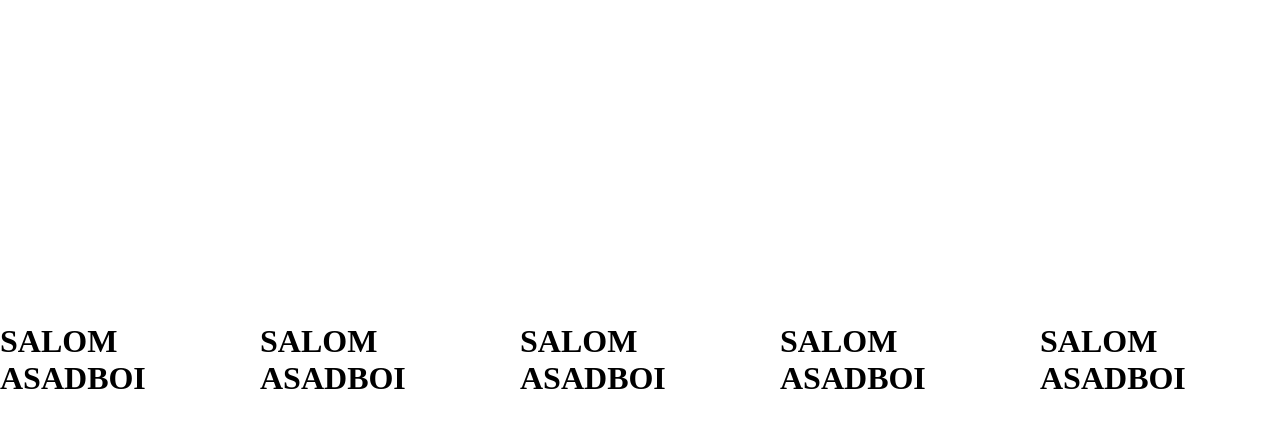
Repository: KHANas02/CACTUS
Page: index.html
These files come from the project's save history. The page is drawn as it stood at one moment and after a run of saves; the edit follows.
The browser window is 1280 px wide. The pictures show the whole page.

Above is the page before, as saved 2024-02-21 17:13:26.

### index.html
<!DOCTYPE html>
<html lang="en">
<head>
    <meta charset="UTF-8">
    <meta name="viewport" content="width=device-width, initial-scale=1.0">
    <title>Document</title>
    <link rel="stylesheet" href="./style.css">
</head>
<body>
    <div class="conteiner">
<h1>SALOM ASADBOI</h1>
<h1>SALOM ASADBOI</h1>
<h1>SALOM ASADBOI</h1>
<h1>SALOM ASADBOI</h1>
<h1>SALOM ASADBOI</h1>





    </div>



</body>
</html>

### style.css
*{
padding: 0;
margin: 0;
box-sizing: boder-box;
text-decoration: none;
outline: none;
}
.conteiner{
width: 100%;
height: 100vh;
background-color: #fff;
display: flex;
align-items: center;
gap: 20px;
justify-content: center;
}
.conteiner h1:first-child{
color: rgb(0, 0, 0);
text-decoration: uppercase;

}
.conteiner h1:last-child{
color: ;



}

After the next 2 saves:
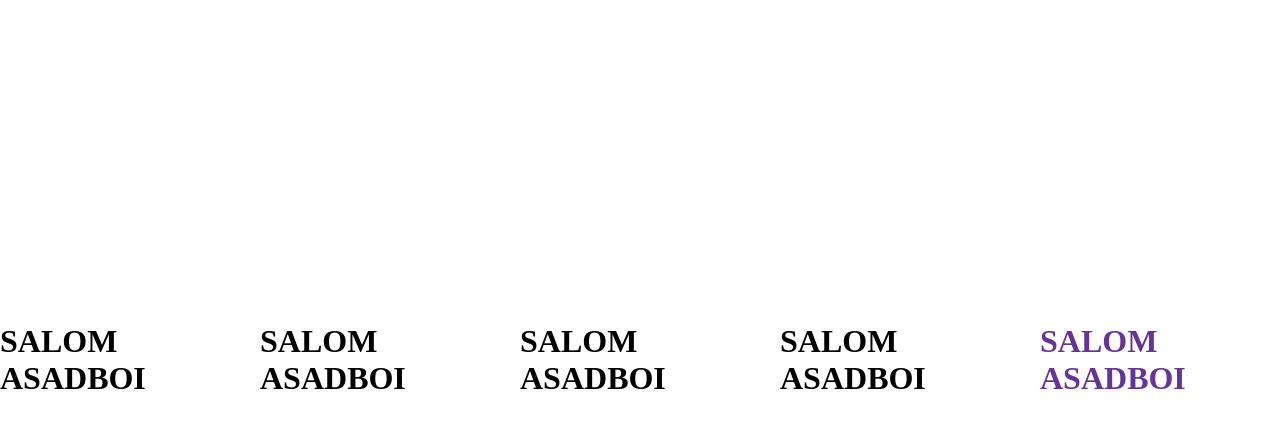
The 2 saves are shown as one change because they came seconds apart.
The last was saved 6 s later.
--- a/style.css
+++ b/style.css
@@ -20,7 +20,7 @@
 
 }
 .conteiner h1:last-child{
-color: ;
+color:rebeccapurple ;
 
 
 
